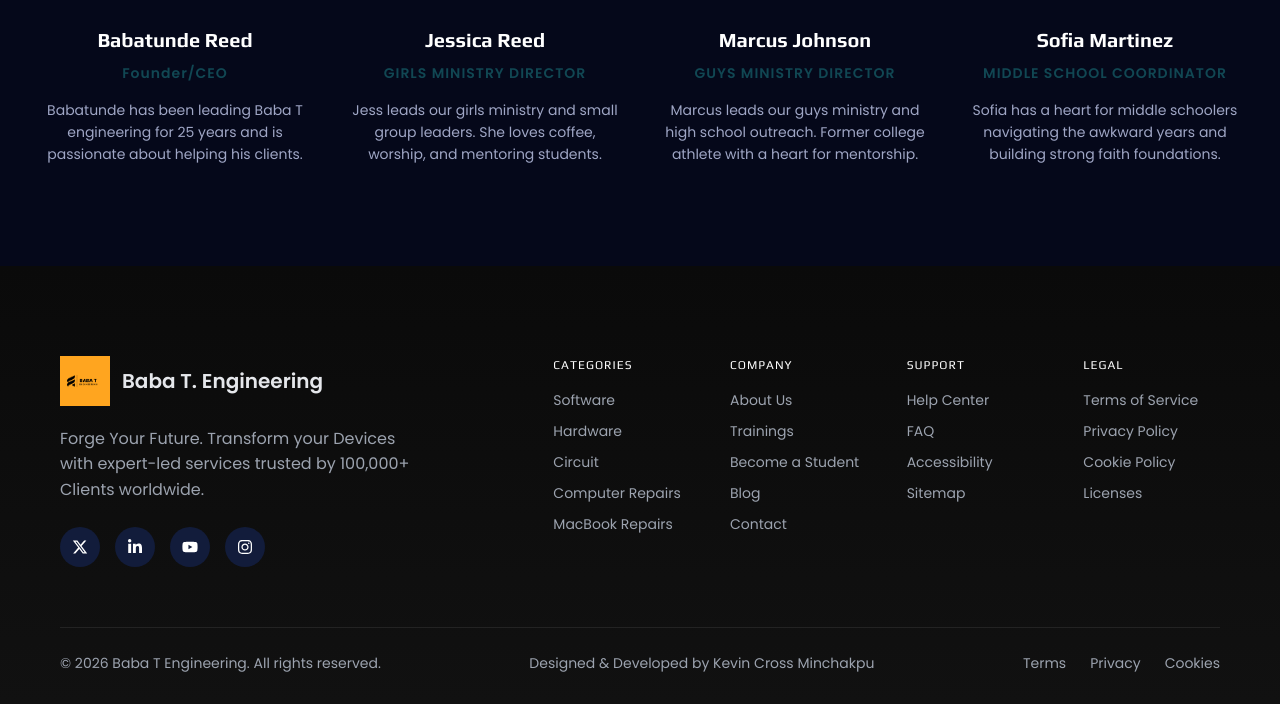
Repository: KC-Minchakpu/babatunde
Page: /about/team
An editor plug-in stored every save of this project. The page is shown before and after the next save, followed by the edit.
The browser window is 1280 px wide. The pictures show the part of the page from y = 1056 to 1760 px (the page is 1760 px tall).
The project was rebuilt for these pictures with package versions that can differ from the ones it lists, and the page was loaded fresh each time. The framework's server and built-in components were replaced by stand-ins that run in the browser. Also part of the build but not shown: next.config.ts.

Above is the page before, as saved 2026-02-20 18:24:40.

### src/app/layout.tsx
import type { Metadata } from "next";
import { Play, Poppins } from "next/font/google";
import "./globals.css";
import Header from "@/components/Header/Header";
import Footer from "@/components/Footer/Footer";

const play = Play({
  variable: "--font-play",
  subsets: ["latin"],
  weight: ["400", "700"],
});

const poppins = Poppins({
  variable: "--font-poppins",
  subsets: ["latin"],
  weight: ["400", "500", "600", "700"],
});

export const metadata: Metadata = {
  title: "Baba T Engineering",
  description: "Official web app of Baba T Engineering, a leading engineering company specializing in innovative solutions and cutting-edge technology.",
};

export default function RootLayout({
  children,
}: Readonly<{
  children: React.ReactNode;
}>) {
  return (
    <html lang="en">
      <body
        className={`${play.variable} ${poppins.variable} antialiased`}
      >
        <Header />
        {children}
        <Footer />
      </body>
    </html>
  );
}

### src/app/about/team/page.tsx
import PageBanner from "@/components/PageBanner/PageBanner";
import TeamSection from "@/components/Team/TeamSection";

export default function OurTeamPage() {
  return (
    <>
      <PageBanner title="About Us" backgroundVariant="default" />
      <TeamSection />

    </>
  )}

### src/app/globals.css
@import "tailwindcss";

:root {
  --background: #f2fafa;
  --foreground: #1f1e1e;
}

body {
  background: var(--background);
  color: var(--foreground);
  font-family: var(--font-poppins);
}

h1, h2, h3, h4, h5, h6 {
  font-family: var(--font-play);
}

h1 {
  color: red;
  font-size: 35px;
}

### src/components/Header/Header.tsx
"use client";

import Link from "next/link";
import Image from "next/image";
import styles from "./Header.module.css";
import { useState } from "react";

const Header = () => {
  const [isOpen, setIsOpen] = useState(false);

  return (
    <header className={styles.header}>
      <div className={styles.container}>
        {/* Logo */}
        <div className={styles.logo}>
          <Link href="/">
            <Image
              src="/images/logo23.png"
              alt="Baba T Logo"
              width={60}
              height={60}
            />
          </Link>
          <span className={styles.logoText}>Baba T</span>
        </div>

        {/* Navigation */}
        <nav className={styles.nav}>
          <Link href="/">Home</Link>

          <div
            className={styles.dropdown}
            onMouseEnter={() => setIsOpen(true)}
            onMouseLeave={() => setIsOpen(false)}
          >
            <span className={styles.dropdownToggle}>About</span>

            {isOpen && (
              <div className={styles.dropdownMenu}>
                <Link href="/about/history">Our History</Link>
                <Link href="/about/team">Our Team</Link>
                <Link href="/about/mission">Mission & Vision</Link>
                <Link href="/about/values">Core Values</Link>
                <Link href="/about/careers">Careers</Link>
              </div>
            )}
          </div>

          <Link href="/students-life">Students Life</Link>
          <Link href="/services">Services</Link>
          <Link href="/training-programs">Training Programs</Link>
          <Link href="/blog">Blog</Link>
          <Link href="/contact">Contact Us</Link>
        </nav>

        {/* Auth Buttons */}
        <div className={styles.actions}>
          <button className={styles.signIn}>Sign In</button>
          <button className={styles.signUp}>Sign Up</button>
        </div>
      </div>
    </header>
  );
};

export default Header;

### src/components/Footer/Footer.tsx
"use client";

import Image from "next/image";
import styles from "./Footer.module.css";
import {
  FaXTwitter,
  FaLinkedinIn,
  FaYoutube,
  FaInstagram
} from "react-icons/fa6";

export default function Footer() {
  return (
    <footer className={styles.footer}>
      <div className={styles.container}>
        <div className={styles.topSection}>

          {/* LEFT BRAND AREA */}
          <div className={styles.brand}>
            <div className={styles.logo}>
              <Image
                src="/images/logo23.png"
                alt="Baba T Logo"
                width={50}
                height={50}
              />
              <span>Baba T. Engineering</span>
            </div>

            <p>
              Forge Your Future. Transform your Devices with expert-led services
              trusted by 100,000+ Clients worldwide.
            </p>

            {/* SOCIAL ICONS */}
            <div className={styles.socials}>
              <a href="#" aria-label="Twitter">
                <FaXTwitter />
              </a>
              <a href="#" aria-label="LinkedIn">
                <FaLinkedinIn />
              </a>
              <a href="#" aria-label="YouTube">
                <FaYoutube />
              </a>
              <a href="#" aria-label="Instagram">
                <FaInstagram />
              </a>
            </div>
          </div>

          {/* LINKS GRID */}
          <div className={styles.linksGrid}>
            <div>
              <h4>CATEGORIES</h4>
              <a>Software</a>
              <a>Hardware</a>
              <a>Circuit</a>
              <a>Computer Repairs</a>
              <a>MacBook Repairs</a>
            </div>

            <div>
              <h4>COMPANY</h4>
              <a>About Us</a>
              <a>Trainings</a>
              <a>Become a Student</a>
              <a>Blog</a>
              <a>Contact</a>
            </div>

            <div>
              <h4>SUPPORT</h4>
              <a>Help Center</a>
              <a>FAQ</a>
              <a>Accessibility</a>
              <a>Sitemap</a>
            </div>

            <div>
              <h4>LEGAL</h4>
              <a>Terms of Service</a>
              <a>Privacy Policy</a>
              <a>Cookie Policy</a>
              <a>Licenses</a>
            </div>
          </div>
        </div>

        <div className={styles.divider}></div>

        <div className={styles.bottomBar}>
          <p>© 2026 Baba T Engineering. All rights reserved.</p>
          <p>Designed & Developed by Kevin Cross Minchakpu</p>

          <div className={styles.bottomLinks}>
            <a>Terms</a>
            <a>Privacy</a>
            <a>Cookies</a>
          </div>
        </div>
      </div>
    </footer>
  );
}

### src/components/PageBanner/PageBanner.tsx
import React from "react";
import styles from "./PageBanner.module.css";
import Link from "next/link";

interface PageBannerProps {
  title: string;
  backgroundVariant: "about" | "contact" | "services" | "student-life" | "team" | "blog" | "default";
}

const PageBanner: React.FC<PageBannerProps> = ({
  title,
  backgroundVariant,
}) => {
  return (
    <section
      className={`${styles.banner} ${styles[backgroundVariant]}`}
    >
      <div className={styles.overlay}></div>

      <div className={styles.content}>
        <h1 className={styles.title}>{title}</h1>

        <div className={styles.breadcrumb}>
          <Link href="/" className={styles.link}>
            Home
          </Link>
          <span className={styles.separator}>→</span>
          <span className={styles.current}>{title}</span>
        </div>
      </div>
    </section>
  );
};

export default PageBanner;

### src/components/Team/TeamSection.tsx
import styles from "./TeamSection.module.css";
import Image from "next/image";

interface TeamMember {
  name: string;
  role: string;
  image: string;
  bio: string;
}

const teamMembers: TeamMember[] = [
  {
    name: "Babatunde Reed",
    role: "Founder/CEO",
    image: "/images/babatunde.jpeg",
    bio: "Babatunde has been leading Baba T engineering for 25 years and is passionate about helping his clients.",
  },
  {
    name: "Jessica Reed",
    role: "GIRLS MINISTRY DIRECTOR",
    image: "/images/team2.jpg",
    bio: "Jess leads our girls ministry and small group leaders. She loves coffee, worship, and mentoring students.",
  },
  {
    name: "Marcus Johnson",
    role: "GUYS MINISTRY DIRECTOR",
    image: "/images/team3.jpg",
    bio: "Marcus leads our guys ministry and high school outreach. Former college athlete with a heart for mentorship.",
  },
  {
    name: "Sofia Martinez",
    role: "MIDDLE SCHOOL COORDINATOR",
    image: "/images/team4.jpg",
    bio: "Sofia has a heart for middle schoolers navigating the awkward years and building strong faith foundations.",
  },
];

const TeamSection = () => {
  return (
    <section className={styles.teamSection}>
      <div className={styles.container}>
        <span className={styles.label}>MEET THE TEAM</span>
        <h2 className={styles.heading}>OUR LEADERS</h2>
        <p className={styles.subtitle}>
          We are re not just staff— we are people who genuinely care about your
          clients&apos; devices and our students Journey.
        </p>

        <div className={styles.grid}>
          {teamMembers.map((member, index) => (
            <div key={index} className={styles.card}>
              <div className={styles.imageWrapper}>
                <Image
                  src={member.image}
                  alt={member.name}
                  fill
                  className={styles.image}
                />
              </div>

              <h3 className={styles.name}>{member.name}</h3>
              <p className={styles.role}>{member.role}</p>
              <p className={styles.bio}>{member.bio}</p>
            </div>
          ))}
        </div>
      </div>
    </section>
  );
};

export default TeamSection;

### src/components/Header/Header.module.css
.header {
  width: 100%;
  height: 100px;
  background: #0F1A20;
  padding: 20px;
  position: sticky;
  top: 0;
  z-index: 1000;
}

.container {
  width: 90%;
  margin: 0 auto;
  display: flex;
  align-items: center;
  justify-content: space-between;
}

/* Logo */
.logo {
  display: flex;
  align-items: center;
  gap: 8px;
  cursor: pointer;
}

.logoCircle {
  width: 40px;
  height: 40px;
  border-radius: 50%;
  background: linear-gradient(135deg, #8e2de2, #4a00e0);
  display: flex;
  align-items: center;
  justify-content: center;
  color: white;
  font-weight: bold;
}

.logoText {
  font-size: 25px;
  font-weight: 600;
  color: #ffffff;
  font-family: "Poppins", sans-serif;
}

/* Nav */
.nav {
  display: flex;
  align-items: center;
  gap: 24px;
  font-family: 'Play', sans-serif;

}

.nav a,
.dropdownToggle {
  color: #ffffff;
  text-decoration: none;
  font-size: 19px;
  cursor: pointer;
  position: relative;
  transition: color 0.3s ease;
}

.nav a:hover,
.dropdownToggle:hover {
  color: #FFD23F;
}

/* Dropdown */
.dropdown {
  position: relative;
}

.dropdownMenu {
  position: absolute;
  width: 250px;
  top: 35px;
  left: 0;
  background: #0F1A20;
  border-radius: 8px;
  padding: 10px 0;
  min-width: 180px;
  box-shadow: 0 10px 25px rgba(0, 0, 0, 0.15);
  display: flex;
  flex-direction: column;
}

.dropdownMenu a {
  padding: 10px 16px;
  color: #ffffff;
  font-size: 19px;
  text-decoration: none;
  transition: background 0.2s ease;
}

.dropdownMenu a:hover {
  color: #FFD23F;
}

/* Buttons */
.actions {
  display: flex;
  gap: 12px;
}

.signIn {
  padding: 8px 18px;
  border-radius: 8px;
  border: none;
  cursor: pointer;
  color: white;
  background: #143458;
  font-size: 14px;
}

.signUp {
  padding: 8px 18px;
  border-radius: 8px;
  border: none;
  cursor: pointer;
  color: white;
  background: #63054b;
  font-size: 14px;
}

/* Responsive */
@media (max-width: 1024px) {
  .nav {
    display: none;
  }
}

### src/components/Footer/Footer.module.css
.footer {
  background: linear-gradient(
    180deg,
    #0a0a0a,
    #111111
  );
  color: #e5e7eb;
  padding: 90px 0 30px;
}

.container {
  max-width: 1200px;
  margin: 0 auto;
  padding: 0 20px;
}

/* TOP SECTION */
.topSection {
  display: flex;
  justify-content: space-between;
  gap: 60px;
}

/* BRAND */
.brand {
  flex: 1.3;
}

.logo {
  display: flex;
  align-items: center;
  gap: 12px;
  font-weight: 600;
  font-size: 20px;
  margin-bottom: 20px;
}

.logoBox {
  width: 34px;
  height: 34px;
  border-radius: 10px;
  background: linear-gradient(135deg, #14b8a6, #f97316);
}

.brand p {
  color: #9ca3af;
  line-height: 1.6;
  margin-bottom: 24px;
  max-width: 350px;
}

/* =========================
   SOCIAL ICONS
========================= */
.socials {
  display: flex;
  gap: 15px;
  margin-top: 20px;
}

.socials a {
  width: 40px;
  height: 40px;
  background: #121c3b;
  border-radius: 50%;
  display: flex;
  align-items: center;
  justify-content: center;
  color: #ffffff;
  font-size: 16px;
  transition: all 0.3s ease;
}

.socials a:hover {
  background: #f8af28;
  transform: translateY(-4px);
}


/* LINKS GRID */
.linksGrid {
  flex: 2;
  display: grid;
  grid-template-columns: repeat(4, 1fr);
  gap: 40px;
}

.linksGrid h4 {
  font-size: 12px;
  letter-spacing: 1px;
  margin-bottom: 16px;
  color: #ffffff;
}

.linksGrid a {
  display: block;
  font-size: 14px;
  color: #9ca3af;
  margin-bottom: 10px;
  cursor: pointer;
  transition: color 0.3s ease;
}

.linksGrid a:hover {
  color: #ffffff;
}

/* DIVIDER */
.divider {
  height: 1px;
  background: rgba(255, 255, 255, 0.08);
  margin: 60px 0 25px;
}

/* BOTTOM BAR */
.bottomBar {
  display: flex;
  justify-content: space-between;
  align-items: center;
  font-size: 14px;
  color: #9ca3af;
}

.bottomLinks {
  display: flex;
  gap: 24px;
}

.bottomLinks a {
  cursor: pointer;
  transition: color 0.3s ease;
}

.bottomLinks a:hover {
  color: white;
}

/* RESPONSIVE */
@media (max-width: 1024px) {
  .topSection {
    flex-direction: column;
    gap: 50px;
  }

  .linksGrid {
    grid-template-columns: repeat(2, 1fr);
  }

  .bottomBar {
    flex-direction: column;
    gap: 15px;
    text-align: center;
  }
}

@media (max-width: 600px) {
  .linksGrid {
    grid-template-columns: 1fr;
  }
}

### src/components/PageBanner/PageBanner.module.css
.banner {
  position: relative;
  width: 100%;
  height: 320px;

  display: flex;
  align-items: center;
  justify-content: center;
  text-align: center;

  overflow: hidden;
}

.default {
   background: linear-gradient(
      to right,
      rgba(248, 250, 252, 0.95),
      rgba(248, 250, 252, 0.8)
    ),
}

/* ===========================
   Background Variants
=========================== */

.about {
   background: linear-gradient(
      to right,
      rgba(248, 250, 252, 0.95),
      rgba(248, 250, 252, 0.8)
    ),
}

.contact {
  background-color: #0f172a; /* Dark blue */
}

.services {
  background-color: #1e293b; /* Slate */
}

.student-life {
  background-color: #334155; /* Dark slate */
}
.team {
   background: linear-gradient(
      to right,
      rgba(248, 250, 252, 0.95),
      rgba(248, 250, 252, 0.8)
    ), /* Gray */
}
.blog {
  background-color: #64748b; /* Light slate */
}

/* ===========================
   Overlay
=========================== */

.overlay {
  position: absolute;
  inset: 0;
   background: linear-gradient(
      to right,
      rgba(248, 250, 252, 0.95),
      rgba(248, 250, 252, 0.8)
    ),
}

/* Content */
.content {
  position: relative;
  z-index: 2;
  color: white;
}

.title {
  font-size: 48px;
  font-weight: 700;
  margin-bottom: 12px;
  color: #444444;
}

.breadcrumb {
  display: flex;
  justify-content: center;
  gap: 10px;
  color: #444444;
}

.link {
  color: #444444;
  text-decoration: none;
}

.link:hover {
  opacity: 0.7;
}

.current {
  opacity: 0.85;
}

### src/components/Team/TeamSection.module.css
.teamSection {
  background-color: #05081a;
  padding: 100px 20px;
  color: #ffffff;
  text-align: center;
}

.container {
  max-width: 1200px;
  margin: 0 auto;
}

.label {
  color: #195866;
  font-size: 14px;
  font-weight: 600;
  letter-spacing: 2px;
  text-transform: uppercase;
  display: block;
  margin-bottom: 15px;
}

.heading {
  font-size: 48px;
  font-weight: 800;
  margin-bottom: 20px;
}

.subtitle {
  max-width: 600px;
  margin: 0 auto 70px;
  font-size: 18px;
  color: #b5b9d6;
  line-height: 1.6;
}

/* ===========================
   Grid Layout
=========================== */

.grid {
  display: grid;
  grid-template-columns: repeat(4, 1fr);
  gap: 40px;
}

/* ===========================
   Card
=========================== */

.card {
  text-align: center;
}

.imageWrapper {
  position: relative;
  width: 100%;
  height: 280px;
  border-radius: 20px;
  overflow: hidden;
  margin-bottom: 25px;
}

.image {
  object-fit: cover;
}

.name {
  font-size: 20px;
  font-weight: 700;
  margin-bottom: 8px;
}

.role {
  font-size: 14px;
  color: #114753;
  font-weight: 600;
  margin-bottom: 15px;
  letter-spacing: 1px;
}

.bio {
  font-size: 14px;
  color: #9fa6c5;
  line-height: 1.6;
}

/* ===========================
   Responsive
=========================== */

@media (max-width: 1024px) {
  .grid {
    grid-template-columns: repeat(2, 1fr);
  }
}

@media (max-width: 640px) {
  .heading {
    font-size: 34px;
  }

  .grid {
    grid-template-columns: 1fr;
  }

  .imageWrapper {
    height: 320px;
  }
}

After the next save:
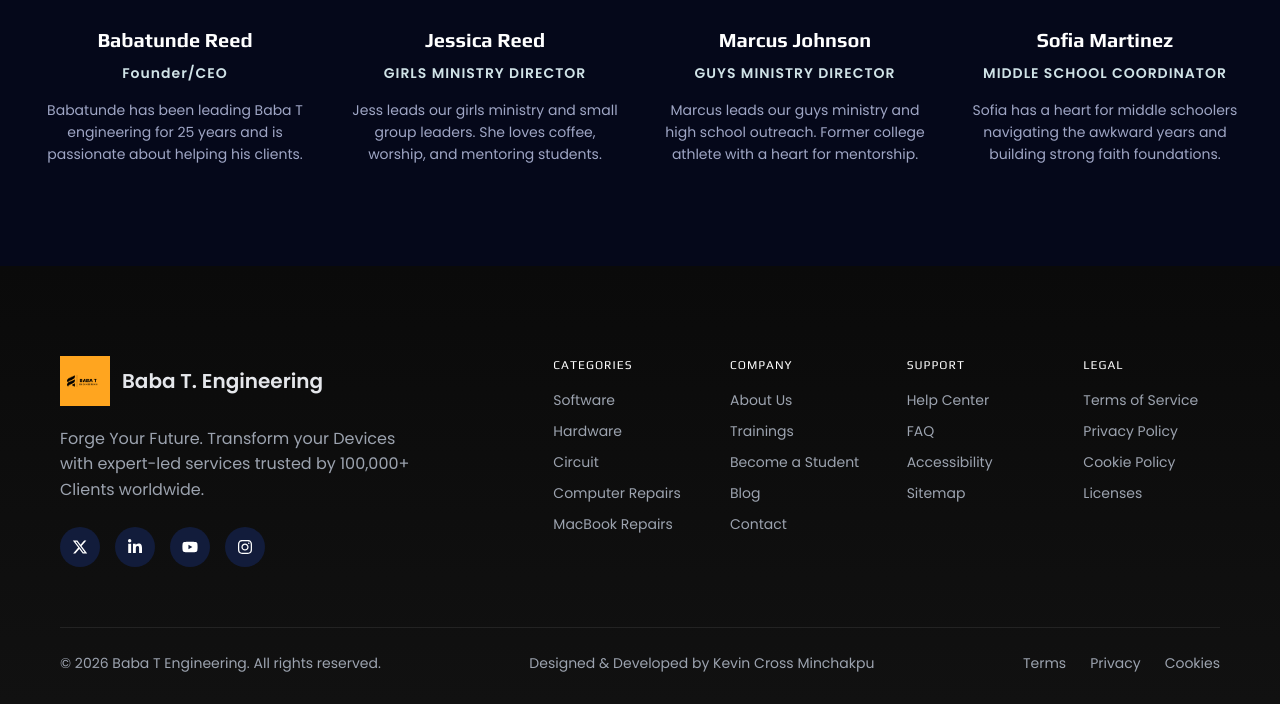
Saved 11 s later.
--- a/src/components/Team/TeamSection.module.css
+++ b/src/components/Team/TeamSection.module.css
@@ -73,7 +73,7 @@
 
 .role {
   font-size: 14px;
-  color: #114753;
+  color: #d0e3e7;
   font-weight: 600;
   margin-bottom: 15px;
   letter-spacing: 1px;
